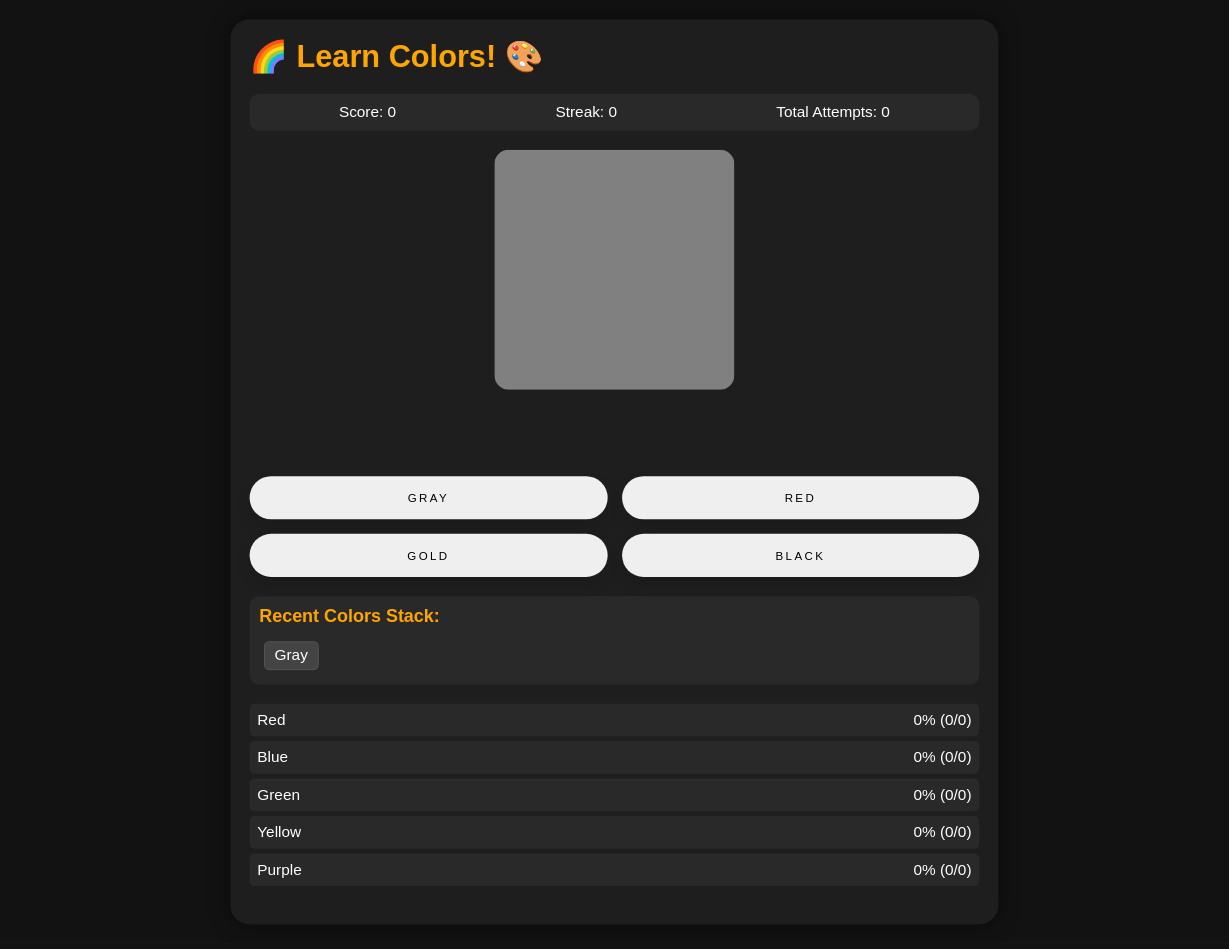
Repository: abhijeets54/learncolors
Page: project.html
An editor plug-in stored every save of this project. The page is shown before and after a run of saves, followed by the edit.
The browser window is 1280 px wide. The pictures show the whole page, at 96% of full size.

Above is the page before, as saved 2024-11-17 20:09:29.

After the next 3 saves:
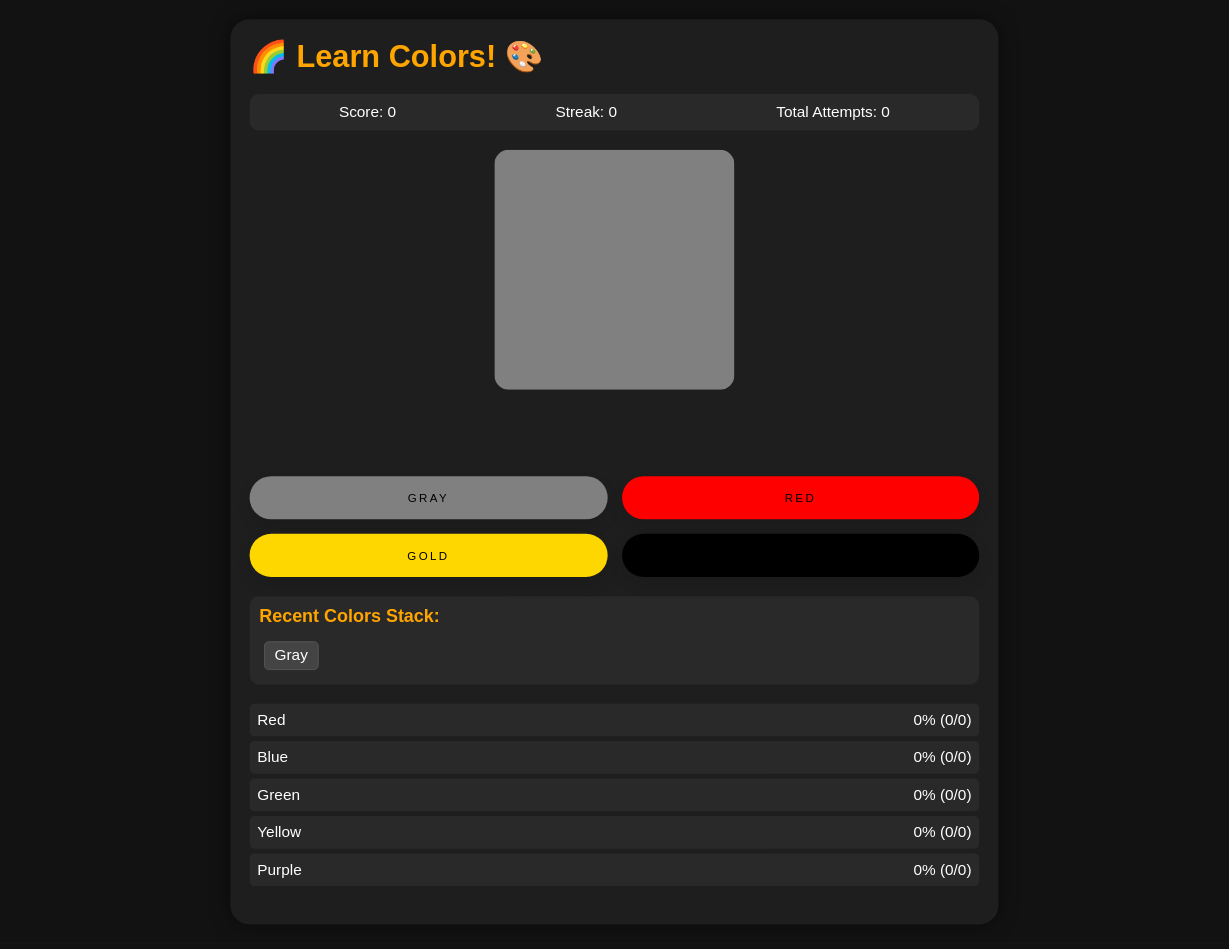
The 3 saves are shown as one change because they came seconds apart.
The last was saved 18 s later.
--- a/project.html
+++ b/project.html
@@ -254,17 +254,23 @@
         }
 
         function startGame() {
-            let color = COLORS[Math.floor(Math.random() * COLORS.length)];
-            currentColor = color;
-            document.getElementById('colorDisplay').style.backgroundColor = color.hex;
-            recentColors.push(color);
-
-            const options = generateOptions(color);
-            document.getElementById('options').innerHTML = options
-                .map(option => `<button class="color-btn" onclick="checkAnswer('${option.name}')">${option.name}</button>`)
-                .join('');
-            updateDisplay();
-        }
+    let color = COLORS[Math.floor(Math.random() * COLORS.length)];
+    currentColor = color;
+    document.getElementById('colorDisplay').style.backgroundColor = color.hex;
+    recentColors.push(color);
+
+    const options = generateOptions(color);
+    document.getElementById('options').innerHTML = options
+        .map(option => `
+            <button
+                class="color-btn"
+                style="background-color: ${option.hex};"
+                onclick="checkAnswer('${option.name}')">
+                ${option.name}
+            </button>`)
+        .join('');
+    updateDisplay();
+}
 
         function checkAnswer(selectedColor) {
             attempts++;
